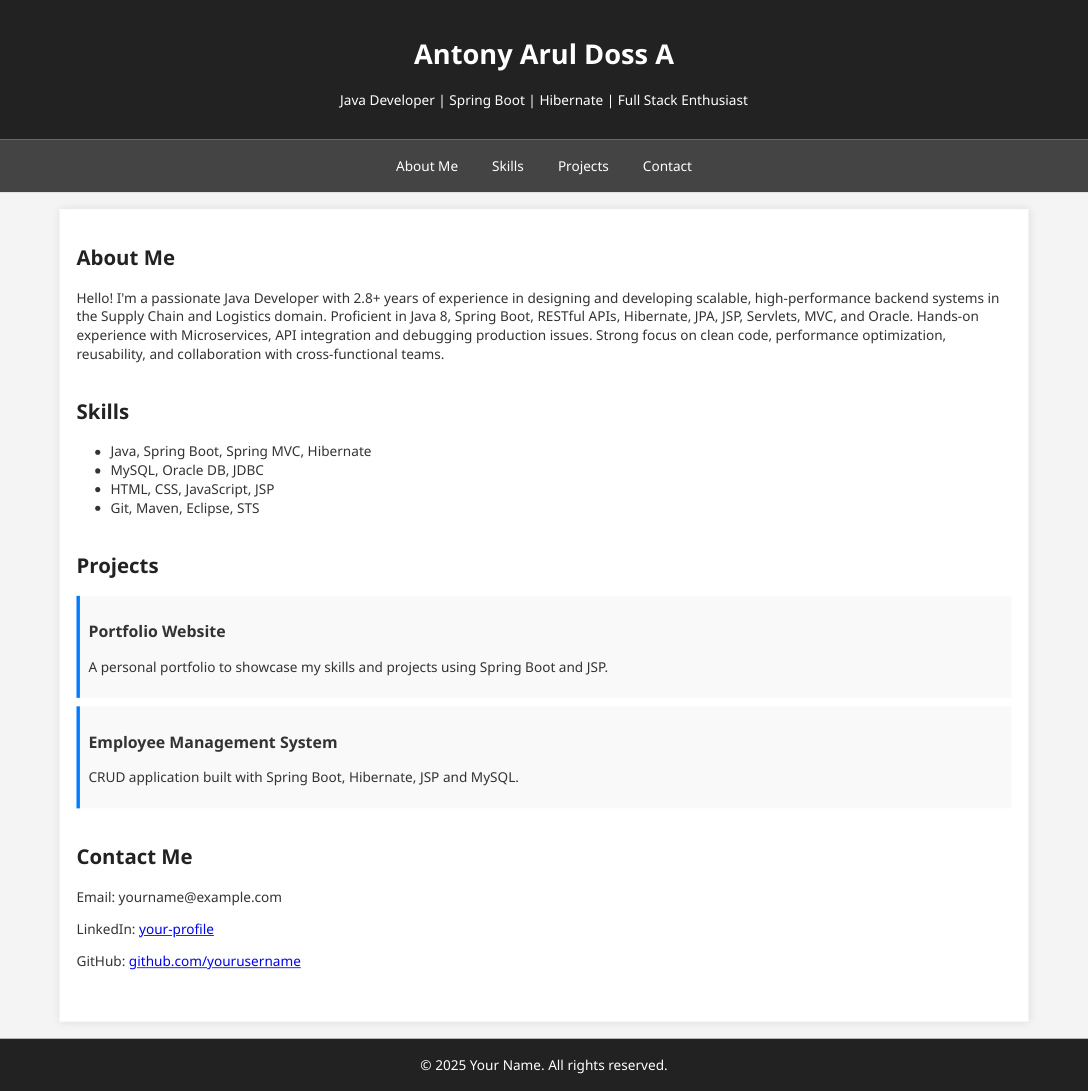
Repository: das-source/portfolio-springboot
Page: http://localhost/portfolio/WEB-INF/views/index.jsp
An editor plug-in stored every save of this project. The page is shown before and after the next save, followed by the edit.
The browser window is 1280 px wide. The pictures show the whole page, at 85% of full size.
The page is served by Tomcat 9. Nobody is signed in. The template is opened directly, without the code that normally fills it, so the values that code supplies are empty.

Above is the page before, as saved 2025-08-05 10:11:03.

After the next save:
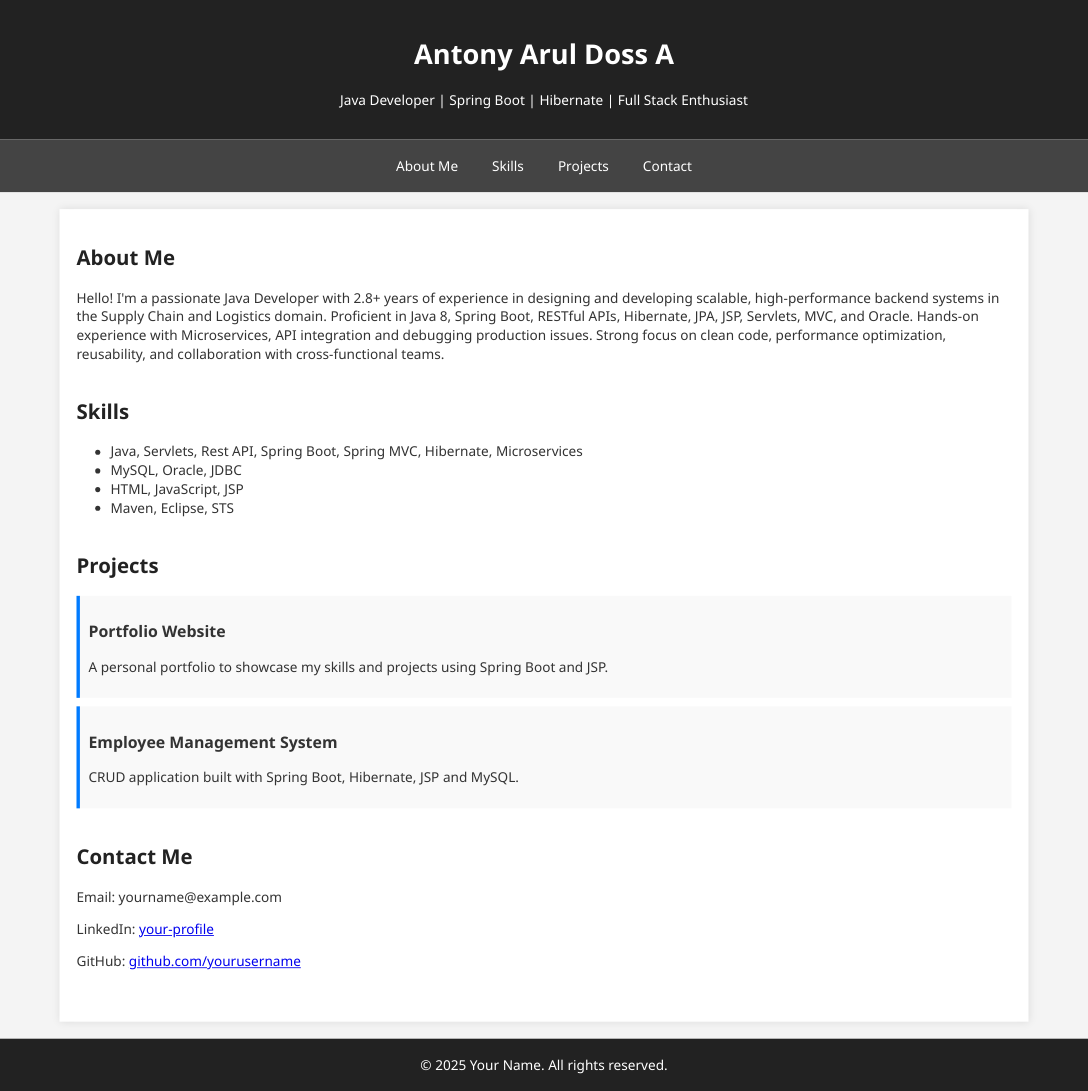
Saved 2 min 3 s later.
--- a/portfolio/src/main/webapp/WEB-INF/views/index.jsp
+++ b/portfolio/src/main/webapp/WEB-INF/views/index.jsp
@@ -106,10 +106,10 @@
     <section id="skills">
         <h2>Skills</h2>
         <ul>
-            <li>Java, Spring Boot, Spring MVC, Hibernate</li>
-            <li>MySQL, Oracle DB, JDBC</li>
-            <li>HTML, CSS, JavaScript, JSP</li>
-            <li>Git, Maven, Eclipse, STS</li>
+            <li>Java, Servlets, Rest API, Spring Boot, Spring MVC, Hibernate, Microservices</li>
+            <li>MySQL, Oracle, JDBC</li>
+            <li>HTML, JavaScript, JSP</li>
+            <li>Maven, Eclipse, STS</li>
         </ul>
     </section>
 
